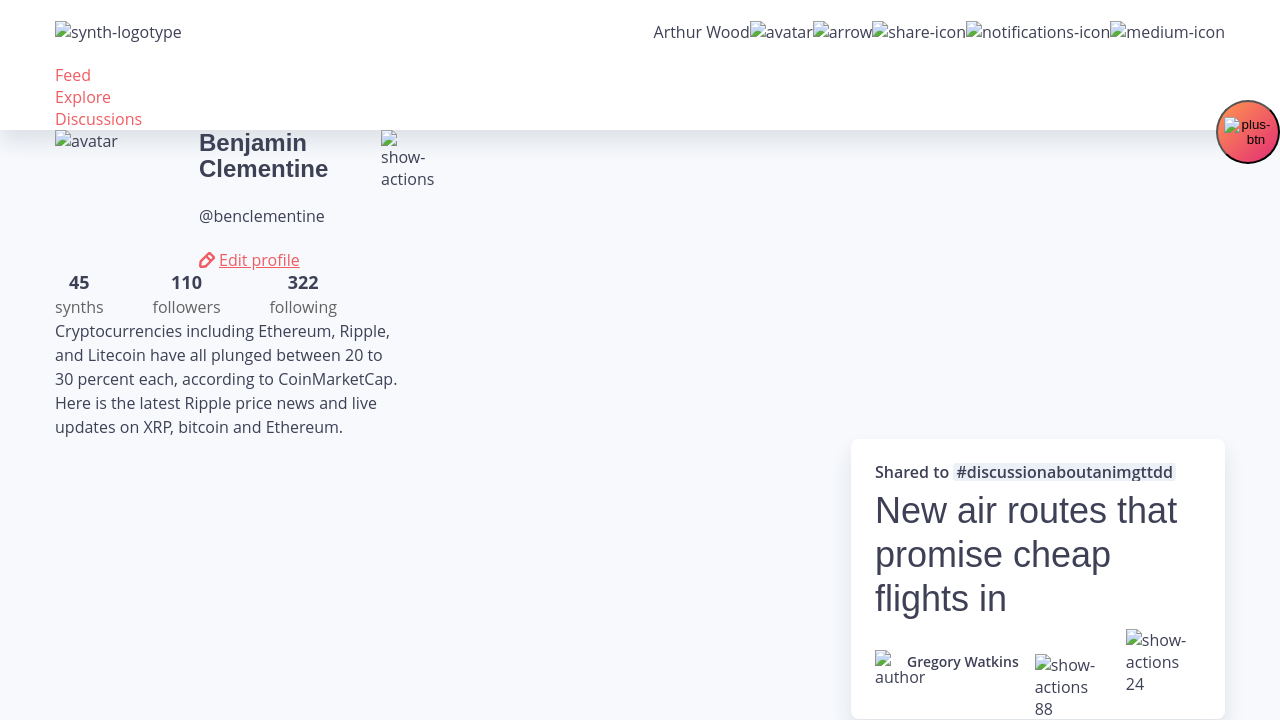
Repository: ecspetra/swivl-test-task
Page: index.html
An editor plug-in stored every save of this project. The page is shown before and after the next save, followed by the edit.
The browser window is 1280 px wide. The pictures show the whole page.

Above is the page before, as saved 2021-12-09 21:09:06.

After the next save:
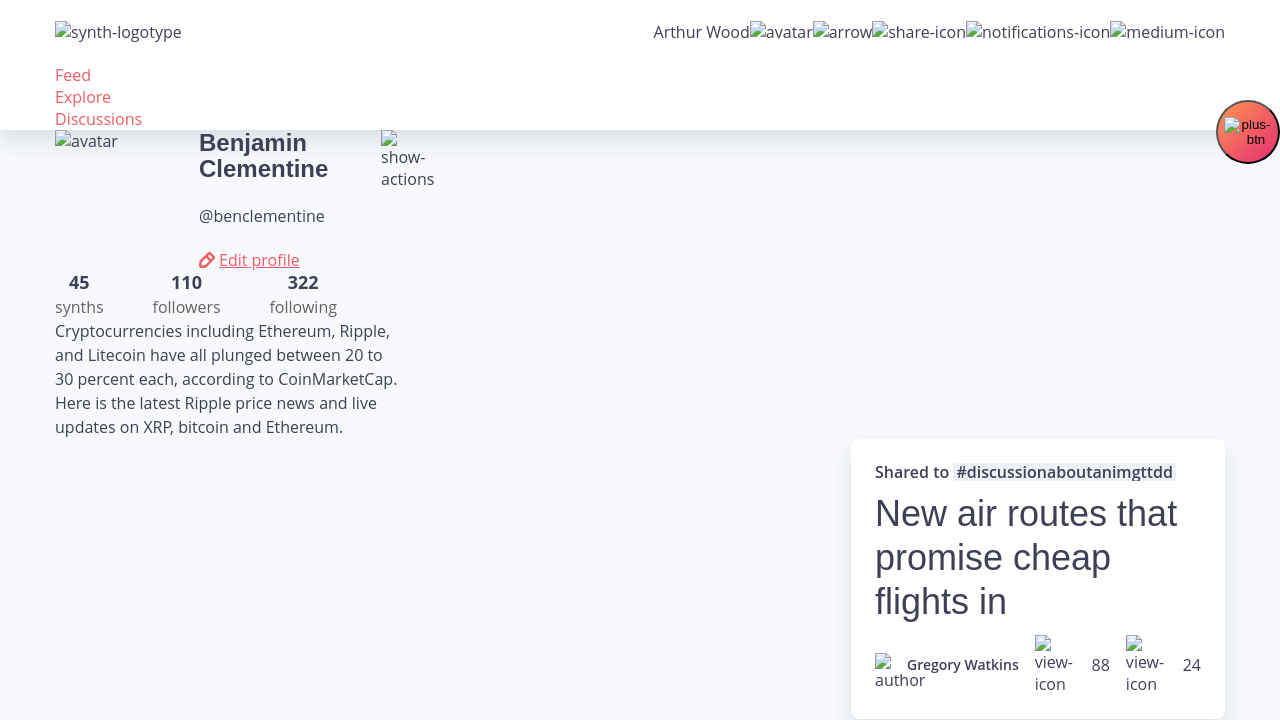
Saved 44 s later.
--- a/index.html
+++ b/index.html
@@ -92,12 +92,12 @@
                                 <p class="profile-card__author-name">Gregory Watkins</p>
                             </div>
                             <div class="profile-card__actions-wrapper">
-                                <div class="profile-card__icon">
-                                    <img class="profile-card__dots" src="" alt="show-actions">
+                                <div class="profile-card__icon-wrapper">
+                                    <img class="profile-card__view-icon" src="" alt="view-icon">
                                     <p class="">88</p>
                                 </div>
-                                <div class="">
-                                    <img class="profile-card__dots" src="" alt="show-actions">
+                                <div class="profile-card__icon-wrapper">
+                                    <img class="profile-card__view-icon" src="" alt="view-icon">
                                     <p class="">24</p>
                                 </div>
                             </div>
